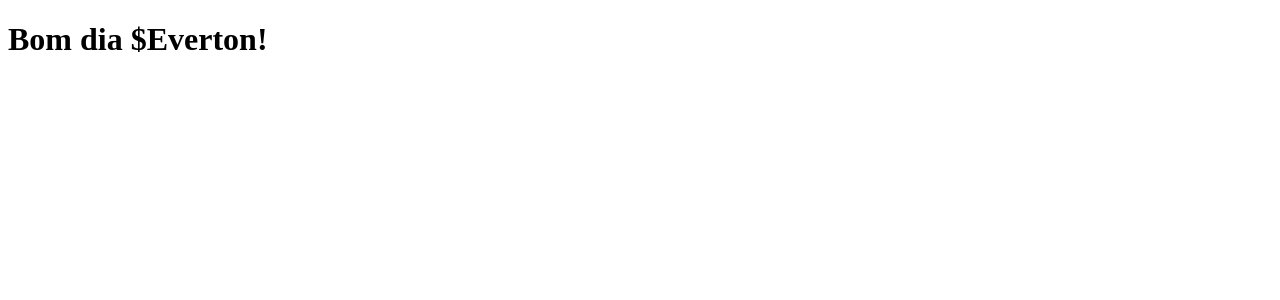
Repository: evertonagilar/Curso-Web-Moderno-Completo
Page: / (app in cap22-React/exercicios/)
An editor plug-in stored every save of this project. The page is shown before and after a run of saves, followed by the edit.
The browser window is 1280 px wide. The pictures show the whole page.
The project was rebuilt for these pictures with package versions that can differ from the ones it lists, and the page was loaded fresh each time.

Above is the page before, as saved 2023-09-18 19:48:13.

### cap22-React/exercicios/public/index.html
<!doctype html>
<html lang="en">
  <head>
    <meta charset="utf-8">
    <meta name="viewport" content="width=device-width, initial-scale=1">
    <link rel="shortcut icon" href="%PUBLIC_URL%/favicon.ico">
    <!--
      Notice the use of %PUBLIC_URL% in the tag above.
      It will be replaced with the URL of the `public` folder during the build.
      Only files inside the `public` folder can be referenced from the HTML.

      Unlike "/favicon.ico" or "favicon.ico", "%PUBLIC_URL%/favicon.ico" will
      work correctly both with client-side routing and a non-root public URL.
      Learn how to configure a non-root public URL by running `npm run build`.
    -->
    <title>Exercícios React</title>
  </head>
  <body>
    <div id="root"></div>
    <!--
      This HTML file is a template.
      If you open it directly in the browser, you will see an empty page.

      You can add webfonts, meta tags, or analytics to this file.
      The build step will place the bundled scripts into the <body> tag.

      To begin the development, run `npm start`.
      To create a production bundle, use `npm run build`.
    -->
  </body>
</html>

### cap22-React/exercicios/src/index.js
import React from "react";
import ReactDOM from "react-dom";

import BomDia from './components/BomDia'


ReactDOM.render(<BomDia nome="Everton" />, document.getElementById('root'))

### cap22-React/exercicios/src/components/BomDia.jsx
import React from 'react';

export default props => <h1>Bom dia ${props.nome}!</h1>

After the next 7 saves:
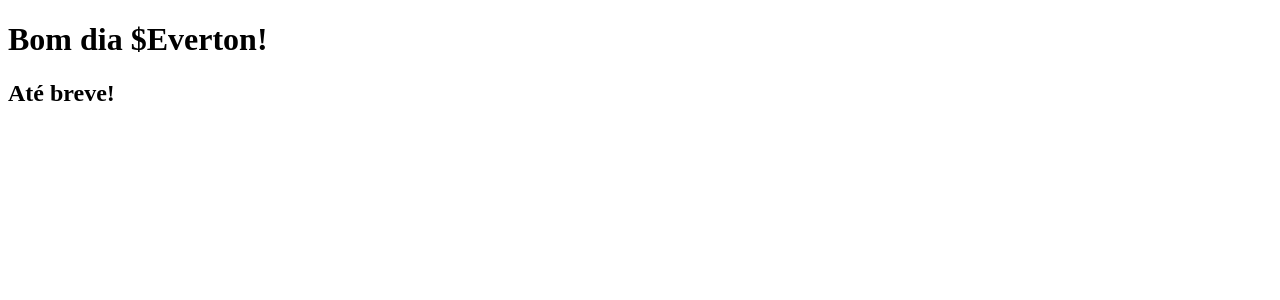
The 7 saves are shown as one change because 2 did not build or start and some came seconds apart.
The last was saved 59 s later.
--- a/cap22-React/exercicios/src/components/BomDia.jsx
+++ b/cap22-React/exercicios/src/components/BomDia.jsx
@@ -1,3 +1,7 @@
 import React from 'react';
 
-export default props => <h1>Bom dia ${props.nome}!</h1>
+export default props =>
+    <div>
+        <h1>Bom dia ${props.nome}!</h1>
+        <h2>Até breve!</h2>
+    </div>
